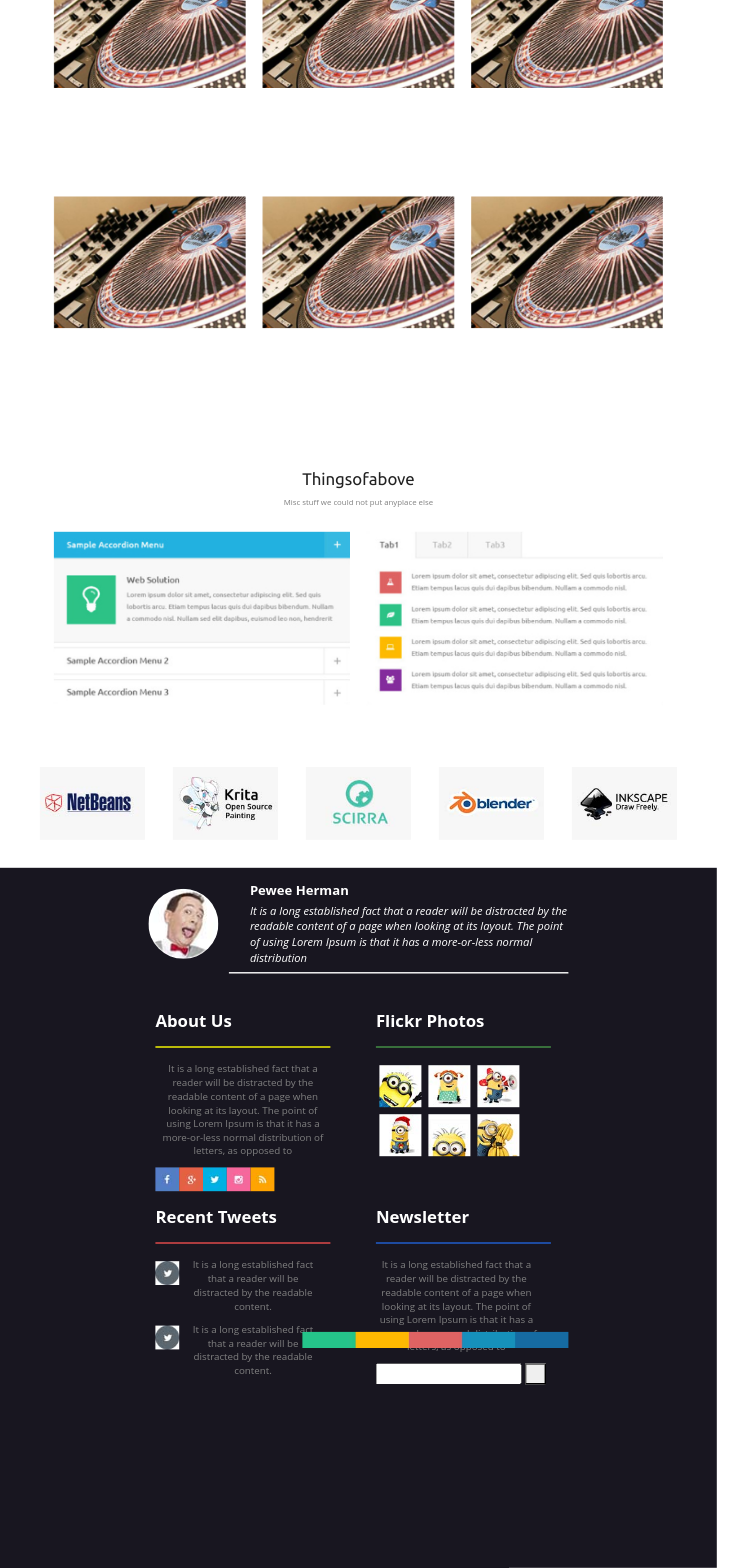
Repository: RenataDzotova/Metrolics-Renata-Beyonce
Page: index.html
The author's editor kept a copy of each file at every save. The page is drawn from the files as they stood at one save, then again after the next save.
The browser window is 1024 px wide. The page is 1062 px wide, so the pictures cover 1062 px, including what lies to the right of the window. The pictures show the part of the page from y = 1934 to 4174 px (the page is 4174 px tall before and 3916 px after), at 70% of full size.
Some web fonts or font styles are not loaded; a fallback is used.

Above is the page before, as saved 2022-02-02 18:05:43.

After the next save:
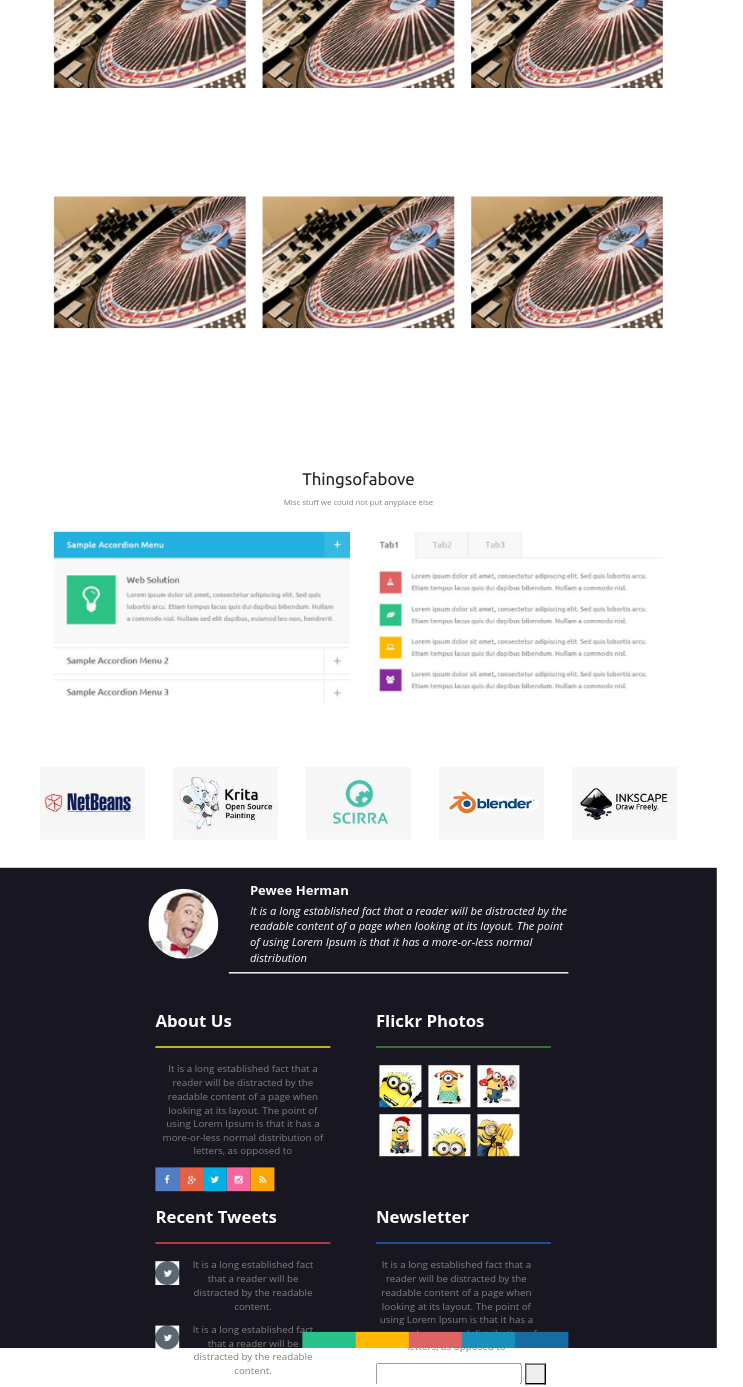
Saved 117 s later.
--- a/css/renata.css
+++ b/css/renata.css
@@ -377,7 +377,7 @@
   @media screen and (max-width: 74.9375em) {
     .footerBlack_content{
         width: 600px;
-        height: 1000px;
+        height: fit-content;
     }
 
     .footer-black{

After the save that followed:
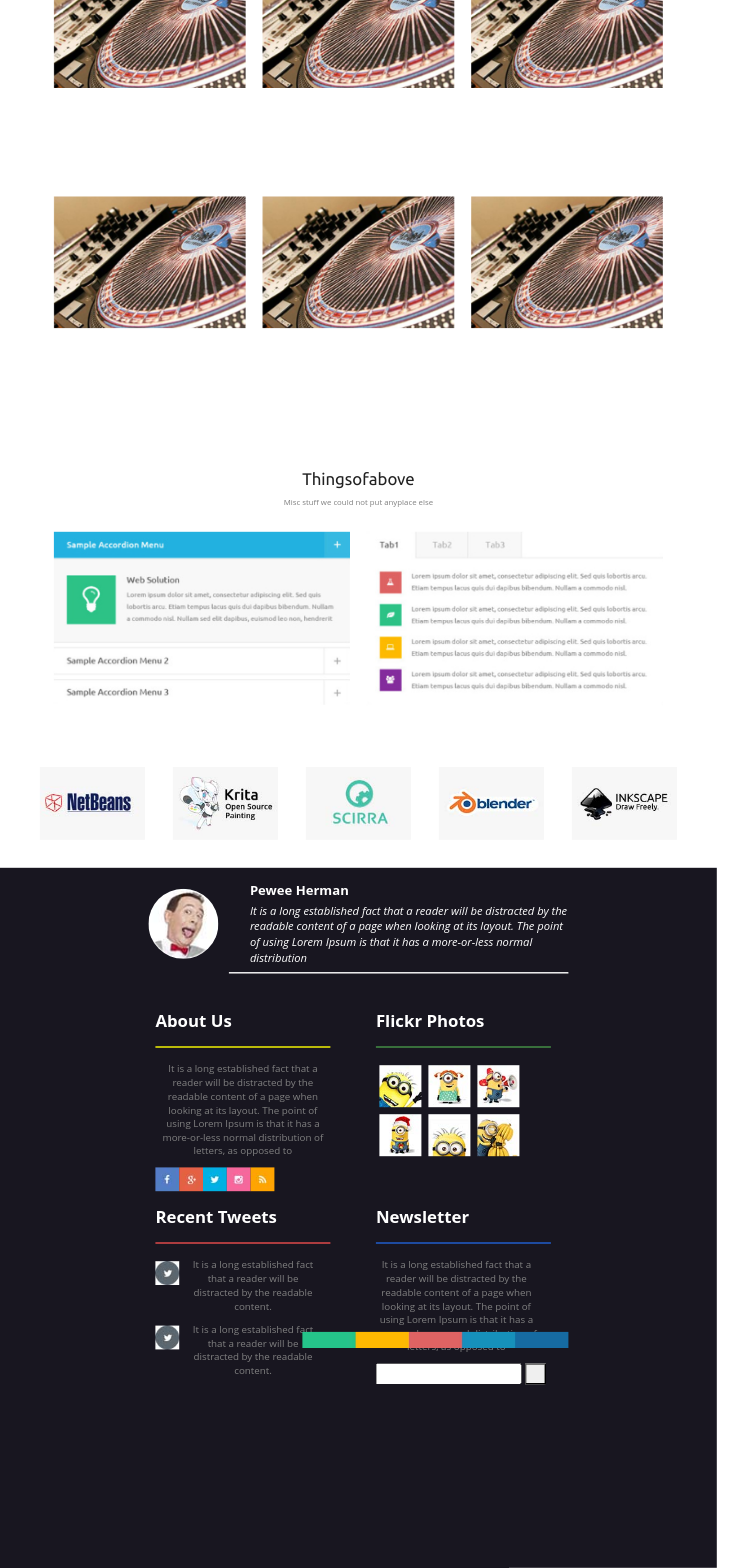
Saved 76 s later.
--- a/css/renata.css
+++ b/css/renata.css
@@ -377,7 +377,7 @@
   @media screen and (max-width: 74.9375em) {
     .footerBlack_content{
         width: 600px;
-        height: fit-content;
+        height: 1000px;
     }
 
     .footer-black{
